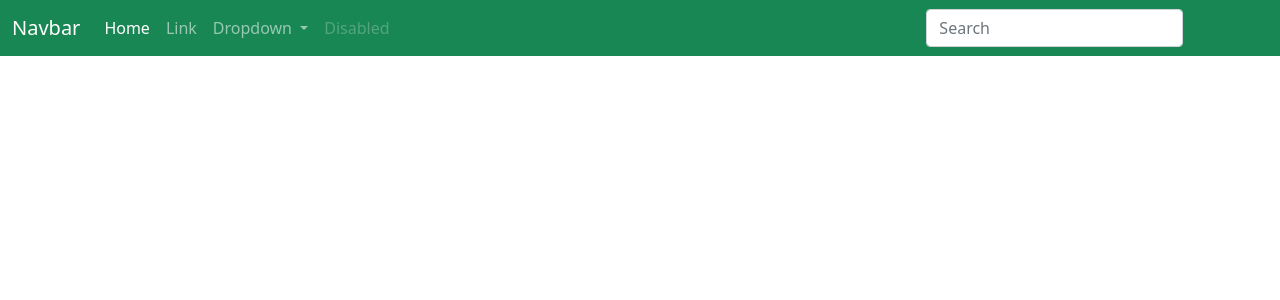
Repository: Hashim-Ansari-82/Java_Project
Page: http://localhost/Online_Expanse_Tracker/
An editor plug-in stored every save of this project. The page is shown before and after the next save, followed by the edit.
The browser window is 1280 px wide. The pictures show the whole page.
The page is served by Tomcat 9. Other server files are loaded and not shown.

Above is the page before, as saved 2026-05-25 04:29:19.

### Online_Expanse_Tracker/src/main/webapp/index.jsp
<%@ page language="java" contentType="text/html; charset=UTF-8"
	pageEncoding="UTF-8"%>
<!DOCTYPE html>
<html>
<head>
<meta charset="UTF-8">
<title>Insert title here</title>
<link
	href="https://cdn.jsdelivr.net/npm/bootstrap@5.0.2/dist/css/bootstrap.min.css"
	rel="stylesheet"
	integrity="sha384-EVSTQN3/azprG1Anm3QDgpJLIm9Nao0Yz1ztcQTwFspd3yD65VohhpuuCOmLASjC"
	crossorigin="anonymous">
</head>
<body>

	<nav class="navbar navbar-expand-lg navbar-dark bg-success">
		<div class="container-fluid">
			<a class="navbar-brand" href="#">Navbar</a>
			<button class="navbar-toggler" type="button"
				data-bs-toggle="collapse" data-bs-target="#navbarSupportedContent"
				aria-controls="navbarSupportedContent" aria-expanded="false"
				aria-label="Toggle navigation">
				<span class="navbar-toggler-icon"></span>
			</button>
			<div class="collapse navbar-collapse" id="navbarSupportedContent">
				<ul class="navbar-nav me-auto mb-2 mb-lg-0">
					<li class="nav-item"><a class="nav-link active"
						aria-current="page" href="#">Home</a></li>
					<li class="nav-item"><a class="nav-link" href="#">Link</a></li>
					<li class="nav-item dropdown"><a
						class="nav-link dropdown-toggle" href="#" id="navbarDropdown"
						role="button" data-bs-toggle="dropdown" aria-expanded="false">
							Dropdown </a>
						<ul class="dropdown-menu" aria-labelledby="navbarDropdown">
							<li><a class="dropdown-item" href="#">Action</a></li>
							<li><a class="dropdown-item" href="#">Another action</a></li>
							<li><hr class="dropdown-divider"></li>
							<li><a class="dropdown-item" href="#">Something else
									here</a></li>
						</ul></li>
					<li class="nav-item"><a class="nav-link disabled" href="#"
						tabindex="-1" aria-disabled="true">Disabled</a></li>
				</ul>
				<form class="d-flex">
					<input class="form-control me-2" type="search" placeholder="Search"
						aria-label="Search">
					<button class="btn btn-outline-success" type="submit">Search</button>
				</form>
			</div>
		</div>
	</nav>

	<script
		src="https://cdn.jsdelivr.net/npm/bootstrap@5.0.2/dist/js/bootstrap.bundle.min.js"
		integrity="sha384-MrcW6ZMFYlzcLA8Nl+NtUVF0sA7MsXsP1UyJoMp4YLEuNSfAP+JcXn/tWtIaxVXM"
		crossorigin="anonymous">

	</script>
</body>
</html>

After the next save:
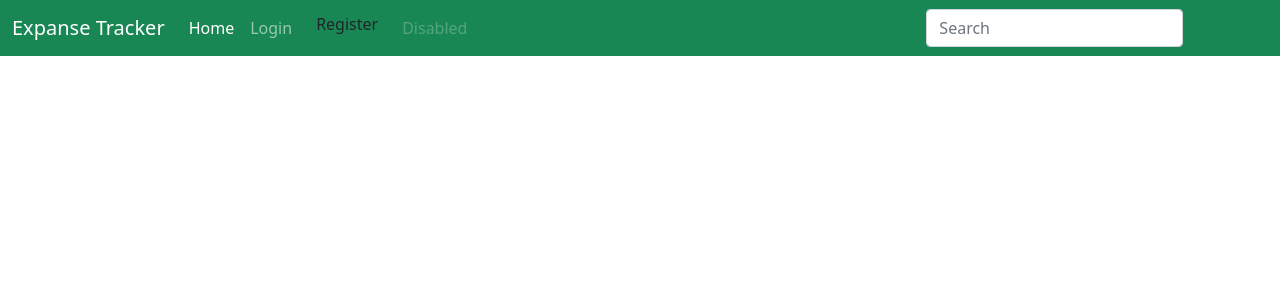
Saved 4 min 20 s later.
--- a/Online_Expanse_Tracker/src/main/webapp/index.jsp
+++ b/Online_Expanse_Tracker/src/main/webapp/index.jsp
@@ -15,7 +15,7 @@
 
 	<nav class="navbar navbar-expand-lg navbar-dark bg-success">
 		<div class="container-fluid">
-			<a class="navbar-brand" href="#">Navbar</a>
+			<a class="navbar-brand" href="#">Expanse Tracker</a>
 			<button class="navbar-toggler" type="button"
 				data-bs-toggle="collapse" data-bs-target="#navbarSupportedContent"
 				aria-controls="navbarSupportedContent" aria-expanded="false"
@@ -26,18 +26,10 @@
 				<ul class="navbar-nav me-auto mb-2 mb-lg-0">
 					<li class="nav-item"><a class="nav-link active"
 						aria-current="page" href="#">Home</a></li>
-					<li class="nav-item"><a class="nav-link" href="#">Link</a></li>
-					<li class="nav-item dropdown"><a
-						class="nav-link dropdown-toggle" href="#" id="navbarDropdown"
-						role="button" data-bs-toggle="dropdown" aria-expanded="false">
-							Dropdown </a>
-						<ul class="dropdown-menu" aria-labelledby="navbarDropdown">
-							<li><a class="dropdown-item" href="#">Action</a></li>
-							<li><a class="dropdown-item" href="#">Another action</a></li>
-							<li><hr class="dropdown-divider"></li>
-							<li><a class="dropdown-item" href="#">Something else
-									here</a></li>
-						</ul></li>
+					<li class="nav-item"><a class="nav-link" href="#">Login</a></li>
+							<li><a class="dropdown-item" href="#">Register</a></li>
+
+
 					<li class="nav-item"><a class="nav-link disabled" href="#"
 						tabindex="-1" aria-disabled="true">Disabled</a></li>
 				</ul>
